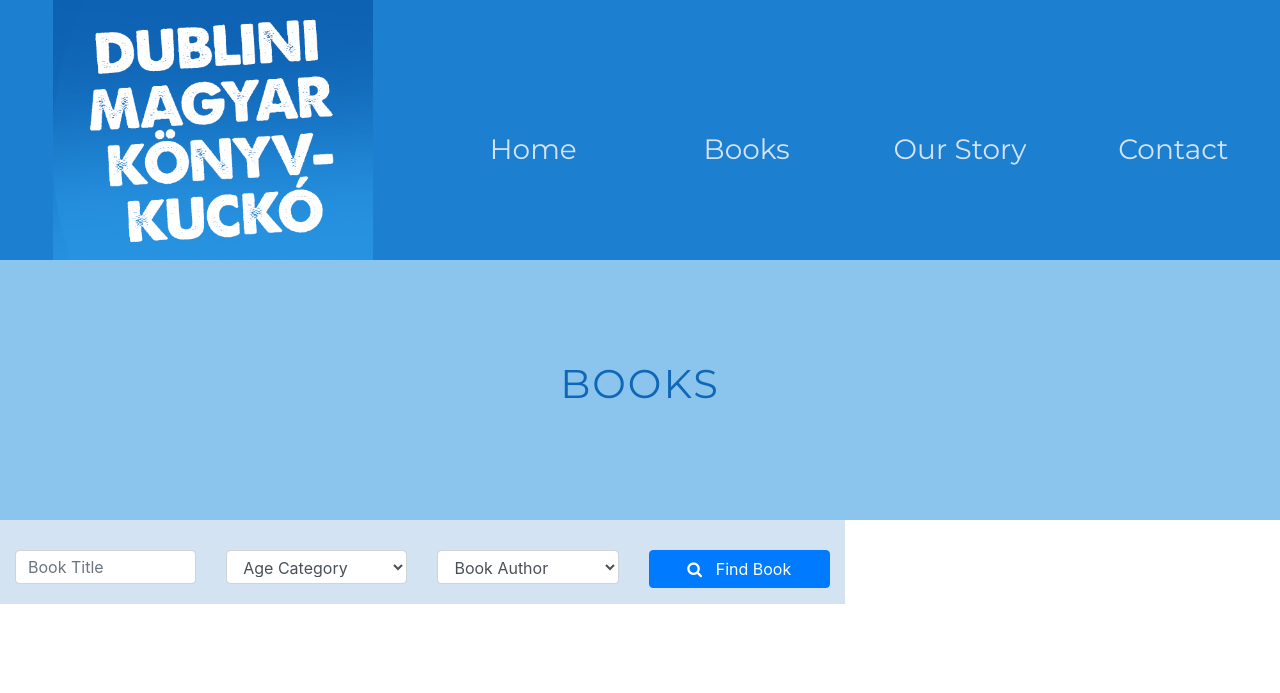
Repository: taikatta/Konyvkucko
Page: books.html
The author's editor kept a record of every edit. The page is drawn from the files as they stood at one moment, then again after the next edit.
The browser window is 1280 px wide. The pictures show the whole page.

Above is the page before.

### books.html
<!DOCTYPE html>
<html lang="en">

<head>
    <meta charset="UTF-8">
    <meta name="viewport" content="width=device-width, initial-scale=1.0">
    <meta http-equiv="X-UA-Compatible" content="ie=edge">
    <link rel="stylesheet" href="https://stackpath.bootstrapcdn.com/bootstrap/4.3.1/css/bootstrap.min.css" type="text/css" />
    <link rel="stylesheet" href="https://stackpath.bootstrapcdn.com/font-awesome/4.7.0/css/font-awesome.min.css" type="text/css" />
    <link rel="stylesheet" href="css/style.css" type="text/css" />
    <title>Dublini Magyar Könyvkuckó</title>
</head>

<body>
    <header>
        <div class="row no-gutters">
            <a class="col-md-4 logo" href="index.html">

            </a>
            <div class="col-md-8">

                <div class="row no-gutters">
                    <div class="col">
                        <ul id="nav" class="list-inline menucontainer">
                            <li class="col-6 col-sm-3 list-inline-item menuitem">
                                <a href="index.html"><span>Home</span></a>
                            </li>
                            <li class="col-6 col-sm-3 list-inline-item menuitem">
                                <a href="books.html"><span>Books</span></a>
                            </li>
                            <li class="col-6 col-sm-3 list-inline-item menuitem">
                                <a href="ourstory.html"><span>Our Story</span></a>
                            </li>
                            <li class="col-6 col-sm-3 list-inline-item menuitem">
                                <a href="contact.html"><span>Contact</span></a>
                            </li>
                        </ul>

                    </div>

                </div>

            </div>
            <div class="page-title">
                <h1> Books </h1>
            </div>



            <div class="book-search">
                <div class="container">
                    <form class method="get" action="books.html/">
                        <div class="row">



                            <div class="col-sm-6 col-md-3 form-group">

                                    <input name="s" value type="text" class="form-control" id="keyboard" placeholder="Book Title">

                            </div>
                            <div class="col-sm-6 col-md-3 form-group">

                                    <select name="product_cat" id="product_cat" class="form-control">
                                        <option value="0">Age Category</option>
                                        <option class="level-0" value="0-3">0 - 3 years old</option>
                                        <option class="level-1" value="2-5">2 - 5 years old</option>
                                    </select>

                            </div>
                            <div class="col-sm-6 col-md-3 form-group">

                                    <select name="book_author" id="book-author" class="form-control">
                                        <option value="0">Book Author</option>
                                        <option class="level-0" value="BergJ">Berg Judit</option>
                                        <option class="level-1" value="AgocsI">Agocs Irisz</option>
                                        <option class="level-2" value="MarekV">Marek Veronika</option>
                                        <option class="level-3" value="VarroD">Varro Daniel</option>
                                    </select>

                            </div>
                            <div class="col-sm-6 col-md-3 form-group">

                                    <input type="hidden" name="post_type" value="product">
                                    <button type="submit" class="btn btn-primary btn-block">
                                        <i class="fa fa-search"></i>
                                        &nbsp;
                                        Find Book

                                    </button>
                                </div>
                            </div>

                        </div>
                    </form>
                </div>
            </div>

        </div>
    </header>
    <section>

    </section>
    <footer>

    </footer>

</body>

</html>

### css/style.css
@import url('https://fonts.googleapis.com/css?family=Montserrat&display=swap:100, 200, 300, 400, 500, 600, 700');

/*--------------------------------------------Colors*/



/*--------------------------------------------Heading*/

header {
    margin: 0;
}

.heading {
    margin-left: 50px;
}

.logo {
    background: url("../images/logo.jpg");
    background-position: center;
    background-repeat: no-repeat;
    background-size: 75%;
    min-height: 260px;
    background-color: #1d7fcf;
}

.list-inline-item:not(:last-child) {
    margin: 0;
}

.menucontainer {
    font-size: 0;
    background-color: #1d7fcf;
    min-height: 260px;
}

.menuitem a {
    width: 100%;
    text-decoration: none;
}

#nav li {
    font-family: "Montserrat", sans-serif;
    font-weight: 200;
    font-size: 28px;
    margin-top: 15%;
    margin-bottom: 90px;
    text-align: center;

}

#nav span {
    color: #d4e3f2;
}

#nav {
    margin: 0;
}

.page-title {
    font-family: "Montserrat", sans-serif;
    font-weight: 200;
    font-size: 28px;
    color: #0f68b7;
    background-color: #8bc4ec;
    min-height: 260px;
    width: 100%;
    text-transform: uppercase;
    letter-spacing: 2px;
}

.page-title h1 {
    margin-top: 100px;
    text-align: center;
}

.book-search {
    padding-top: 30px;
    background-color: #d4e3f2;
}

.container {
    margin-right: auto;
    margin-left: auto;
    padding-left: 15px;
    padding-right: 15px;
}

form {
    display: block;
    margin-top: 0em;
}

.form-control {
    display: block;
    width: 100%;
    height: 34px;
}

option {
    display: block;
    min-height: 1.2em;
}

After the next edit:
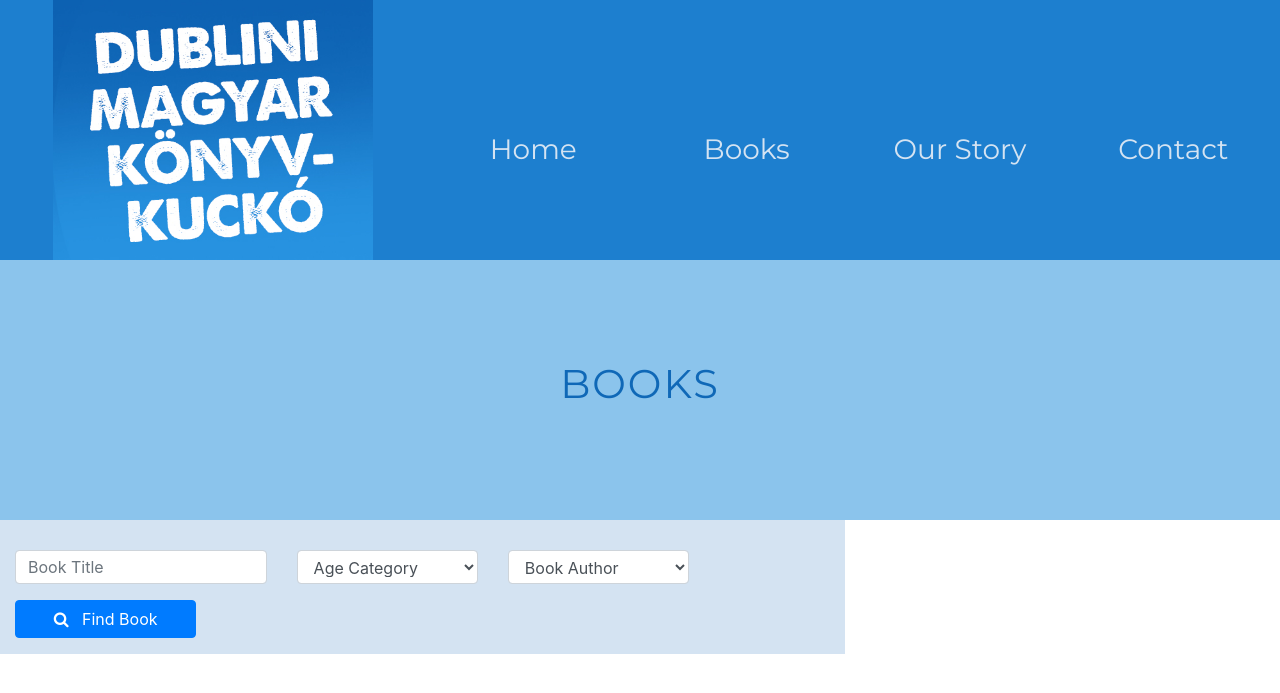
The edit:
--- a/books.html
+++ b/books.html
@@ -54,14 +54,14 @@
 
 
 
-                            <div class="col-sm-6 col-md-3 form-group">
+                            <div class="col-sm-6 col-md-4 form-group">
 
-                                    <input name="s" value type="text" class="form-control" id="keyboard" placeholder="Book Title">
+                                <input name="s" value type="text" class="form-control" id="keyboard" placeholder="Book Title">
 
                             </div>
                             <div class="col-sm-6 col-md-3 form-group">
 
-                                    <select name="product_cat" id="product_cat" class="form-control">
+                                <select name="product_cat" id="product_cat" class="form-control">
                                         <option value="0">Age Category</option>
                                         <option class="level-0" value="0-3">0 - 3 years old</option>
                                         <option class="level-1" value="2-5">2 - 5 years old</option>
@@ -70,7 +70,7 @@
                             </div>
                             <div class="col-sm-6 col-md-3 form-group">
 
-                                    <select name="book_author" id="book-author" class="form-control">
+                                <select name="book_author" id="book-author" class="form-control">
                                         <option value="0">Book Author</option>
                                         <option class="level-0" value="BergJ">Berg Judit</option>
                                         <option class="level-1" value="AgocsI">Agocs Irisz</option>
@@ -81,15 +81,15 @@
                             </div>
                             <div class="col-sm-6 col-md-3 form-group">
 
-                                    <input type="hidden" name="post_type" value="product">
-                                    <button type="submit" class="btn btn-primary btn-block">
+                                <input type="hidden" name="post_type" value="product">
+                                <button type="submit" class="btn btn-primary btn-block">
                                         <i class="fa fa-search"></i>
                                         &nbsp;
                                         Find Book
 
                                     </button>
-                                </div>
                             </div>
+
 
                         </div>
                     </form>
